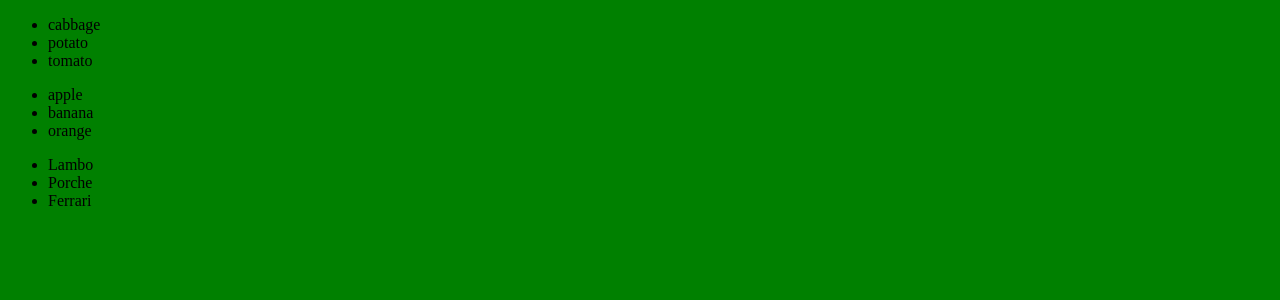
Repository: albinsabu2023/Stopwatch-program
Page: index.html
These files come from the project's save history. The page is drawn as it stood at one moment and after a run of saves; the edit follows.
The browser window is 1280 px wide. The pictures show the whole page.

Above is the page before, as saved 2023-03-03 14:56:45.

After the next 2 saves:
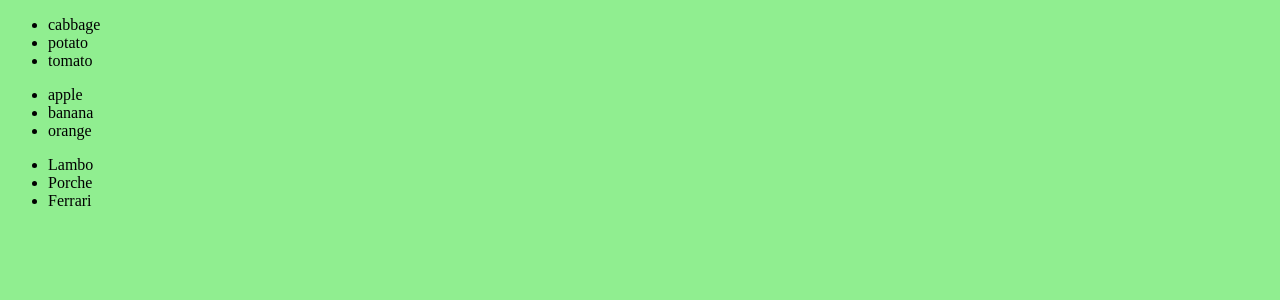
The 2 saves are shown as one change because they came seconds apart.
The last was saved 12 s later.
--- a/index.js
+++ b/index.js
@@ -1,2 +1,2 @@
 let e = document.body;
-e.style.backgroundColor = "green";
+e.style.backgroundColor = "lightgreen";
